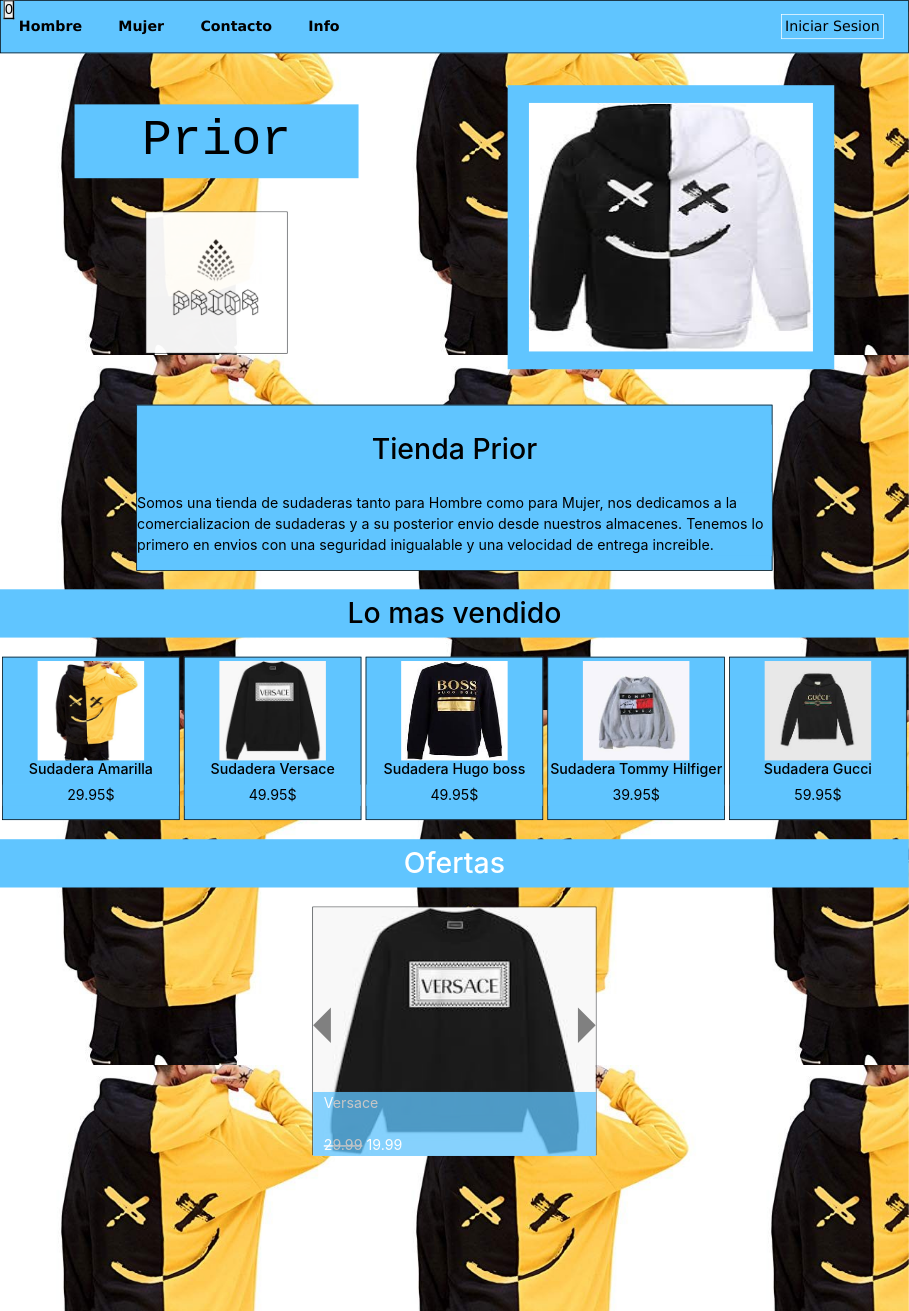
Repository: danilugones10/Proyecto
Page: hombre.html
An editor plug-in stored every save of this project. The page is shown before and after the next save, followed by the edit.
The browser window is 1280 px wide. The pictures show the whole page, at 71% of full size.

Above is the page before, as saved 2021-03-08 17:18:43.

### hombre.html
<!DOCTYPE html>
<html lang="en">
<head>
    <meta charset="UTF-8">
    <meta name="viewport" content="width=device-width, initial-scale=1.0">
    <title>Document</title>
    <link rel="stylesheet" href="bootstrap-4.6.0-dist/css/bootstrap.min.css">
    <link rel="stylesheet" href="css/normalize.css">
    <link rel="stylesheet" href="css/style.css">
</head>
<body class="body">
    <header class="header">

    </header>



    <main class="main">

        <section class="section1">
            <div class="section1-titulo">
                <div class="section1-titulo__fondo color__claro">
                    <h1 class="section1-titulo__h1">Prior</h1>
                </div>
                <img src="css/img/Prior.PNG" class="prior-img">
            </div>
            <div class="section1-img color__claro">
                <img src="css/img/sudadera1.jpg" alt="">
            </div>
        </section>

        <section class="section2">
            <div class="section2-prior color__claro">
                <h1>Tienda Prior</h1>
                <p>Somos una tienda de sudaderas tanto para Hombre como para Mujer,
                    nos dedicamos a la comercializacion de sudaderas y a su posterior envio
                    desde nuestros almacenes. Tenemos lo primero en envios con una seguridad
                    inigualable y una velocidad de entrega increible.
                </p>
            </div>
        </section>

        <section class="section3">
            <div class="section3-h1">
                <h1 class="section3-h1-color color__claro">Lo mas vendido</h1>
            </div>
            <div class="section3-imagenes">
                <div class="section3-imagenes__contenedor color__claro">
                    <div class="fondo">
                            <img src="css/img/sudadera_fondo.jpg" width="150px" height="140px" alt="">
                            <h3>Sudadera Amarilla</h3>
                            <p>29.95$</p>
                            <button>Ver detalles</button>
                    </div>
                </div>
                <div class="section3-imagenes__contenedor color__claro">
                    <div class="fondo">
                        <img src="css/img/imagenes/1.jpg" width="150px" height="140px" alt="">
                        <h3>Sudadera Versace</h3>
                        <p>49.95$</p>
                        <button>Ver detalles</button>
                    </div>
                </div>
                <div class="section3-imagenes__contenedor color__claro">
                    <div class="fondo">
                        <img src="css/img/imagenes/2.jpg" width="150px" height="140px" alt="">
                        <h3>Sudadera Hugo boss</h3>
                        <p>49.95$</p>
                        <button>Ver detalles</button>
                    </div>
                </div>
                <div class="section3-imagenes__contenedor color__claro">
                    <div class="fondo">
                        <img src="css/img/imagenes/3.jpg" width="150px" height="140px" alt="">
                        <h3>Sudadera Tommy Hilfiger</h3>
                        <p>39.95$</p>
                        <button>Ver detalles</button>
                    </div>
                </div>
                <div class="section3-imagenes__contenedor color__claro">
                    <div class="fondo">
                        <img src="css/img/imagenes/5.jpg" width="150px" height="140px" alt="">
                        <h3>Sudadera Gucci</h3>
                        <p>59.95$</p>
                        <button>Ver detalles</button>
                    </div>
                </div>
            </div>
        </section>

        <section class="section4">
            <h1 class="section4-h1 color__claro">Ofertas</h1>
            <div class="contenedor">
                <div id="flecha1"></div>
                <div id="flecha2"></div>

                <img src="css/img/imagenes/1.jpg" width="400px" height="350px" alt="" id="imagen">

                <div class="texto">
                    <p id="nombreImagen">Versace</p>
                    <p id="precio"><span>29.99</span> 19.99</p>
                </div>

            </div>
        </section>
    </main>

    <script src="js/menu.js"></script>
    <script src="js/oscuro.js"></script>
</body>
</html>

### css/style.css
:root {
  --base: #60c5ff;
  --texto: #000000;
  --nav: #ffffff;
}

.modoOscuro {
  --base: #093f5f;
  --texto: #ffffff;
  --nav: #000000;
}

.header {
  grid-column: 1/2;
  grid-row: 1/2;
  background-color: var(--nav);
  color: var(--texto);
  height: 75px;
}

.menu {
  height: 75px;
  border: 1px solid;
}

.menu__list {
  list-style: none;
  display: flex;
}

.menu__item {
  padding-top: 20px;
  padding-bottom: 23px;
  padding-right: 2%;
  padding-left: 2%;
  font-family: "Lucida Sans", "Lucida Sans Regular", "Lucida Grande", "Lucida Sans Unicode", Geneva, Verdana, sans-serif;
  font-weight: bold;
}

#oscuro {
  margin-left: 5px;
}

a {
  text-decoration: none;
  color: var(--texto);
}

.busqueda {
  display: none;
  position: absolute;
  width: 20%;
  right: 185px;
  top: 25px;
  height: 25px;
  border-radius: 10px;
  outline: none;
}

.inicio {
  position: absolute;
  top: 20px;
  right: 35px;
  background-color: var(--base);
  border: 1px solid white;
  padding: 5px;
  font-family: "Lucida Sans", "Lucida Sans Regular", "Lucida Grande", "Lucida Sans Unicode", Geneva, Verdana, sans-serif;
}
.inicio a {
  text-decoration: none;
}

.hamburguesa {
  position: absolute;
  top: 25px;
  right: 5px;
  cursor: pointer;
  display: none;
}

.inicio:hover {
  background-color: #A3E4D7;
}
.inicio:hover a {
  color: black;
}

.menu__item:hover {
  background-color: var(--base);
  color: var(--texto);
}
.menu__item:hover a {
  color: black;
}

@media (max-width: 767px) {
  .menu {
    background-color: var(--nav);
    height: 75px;
  }

  .menu__list {
    list-style: none;
    display: inline-block;
  }

  .menu__item {
    padding-top: 19px;
    padding-bottom: 20px;
    padding-right: 2%;
    padding-left: 2%;
    font-family: "Lucida Sans", "Lucida Sans Regular", "Lucida Grande", "Lucida Sans Unicode", Geneva, Verdana, sans-serif;
    visibility: hidden;
  }

  .menu__item:hover {
    width: 100px;
  }

  .busqueda {
    display: block;
    position: absolute;
    width: 35%;
    right: 200px;
    top: 25px;
    height: 25px;
    border-radius: 20px;
  }

  .inicio {
    position: absolute;
    top: 20px;
    right: 35px;
    border: 1px solid white;
    padding: 5px;
    font-family: "Lucida Sans", "Lucida Sans Regular", "Lucida Grande", "Lucida Sans Unicode", Geneva, Verdana, sans-serif;
  }
  .inicio a {
    text-decoration: none;
  }

  .hamburguesa {
    position: absolute;
    top: 25px;
    right: 5px;
    cursor: pointer;
    display: block;
  }

  .inicio:hover {
    background-color: #A3E4D7;
    color: black;
  }

  .menu__item:hover {
    background-color: var(--base);
    color: var(--texto);
  }
}
.main {
  grid-column: 1/2;
  grid-row: 2/3;
}

.section1 {
  display: flex;
  flex-flow: wrap;
  justify-content: space-around;
  width: 100%;
}
.section1 .section1-titulo {
  width: 400px;
  height: 400px;
  text-align: center;
}
.section1 .section1-titulo .section1-titulo__fondo .section1-titulo__h1 {
  font-size: 70px;
  font-family: "Courier New", Courier, monospace;
}
.section1 .section1-titulo .prior-img {
  opacity: 95%;
  width: 200px;
  height: 200px;
  border: 1px solid;
  transition: 1s;
}
.section1 .section1-titulo .prior-img:hover {
  transform: scale(1.3);
}
.section1 .section1-img {
  width: 460px;
  height: 400px;
  text-align: center;
  padding-top: 25px;
  margin-top: 20px;
}
.section1 .section1-img img {
  width: 400px;
  height: 350px;
  transition: 1s;
}
.section1 .section1-img img:hover {
  transform: scale(1.1);
}

.section2 {
  width: 100%;
  display: flex;
  justify-content: center;
  padding-top: 50px;
  color: white;
}
.section2 .section2-prior {
  border: 1px solid;
  width: 70%;
}

.section3 {
  width: 100%;
  display: flex;
  flex-wrap: wrap;
  color: white;
}
.section3 .section3-h1 {
  width: 100%;
  text-align: center;
}
.section3 .section3-imagenes {
  display: flex;
  flex-wrap: wrap;
  justify-content: space-around;
  width: 100%;
  text-align: center;
}
.section3 .section3-imagenes .section3-imagenes__contenedor {
  position: relative;
  border: 1px solid;
  padding-top: 5px;
  width: 250px;
  height: 230px;
}
.section3 .section3-imagenes .section3-imagenes__contenedor button {
  display: none;
}
.section3 .section3-imagenes .section3-imagenes__contenedor h3 {
  font-size: 20px;
}
.section3 .section3-imagenes .section3-imagenes__contenedor:hover .fondo {
  position: absolute;
  top: 0;
  left: 0;
  width: 100%;
  height: 100%;
  background-color: rgba(0, 0, 0, 0.6);
  z-index: 100;
}
.section3 .section3-imagenes .section3-imagenes__contenedor:hover button {
  display: inline;
  position: absolute;
  top: 40%;
  left: 30%;
}

.section4 {
  width: 100%;
  margin-top: 5px;
}
.section4 h1 {
  color: white;
  text-align: center;
}
.section4 .contenedor {
  margin: auto;
  margin-bottom: 20px;
  width: 400px;
  height: 350px;
  background-color: aquamarine;
  z-index: 100;
  position: relative;
  border: 1px solid;
}
.section4 .contenedor img {
  width: 100vw;
}
.section4 .contenedor .texto {
  background-color: var(--base);
  opacity: 75%;
  margin-top: -90px;
}
.section4 .contenedor .texto #nombreImagen {
  color: white;
  margin-left: 15px;
}
.section4 .contenedor .texto #precio {
  color: white;
  padding-top: 10px;
  margin-left: 15px;
}
.section4 .contenedor .texto #precio span {
  text-decoration: line-through;
}
.section4 .contenedor #flecha1 {
  content: "";
  position: absolute;
  border-right: 2vw solid gray;
  border-bottom: 2vw solid transparent;
  border-top: 2vw solid transparent;
  bottom: 45%;
  left: 0;
  cursor: pointer;
}
.section4 .contenedor #flecha2 {
  content: "";
  position: absolute;
  border-left: 2vw solid gray;
  border-bottom: 2vw solid transparent;
  border-top: 2vw solid transparent;
  bottom: 45%;
  right: 0;
  cursor: pointer;
}

.footer {
  grid-column: 1/2;
  grid-row: 3/4;
  color: var(--texto);
  background-color: var(--nav);
  border: 1px solid var(--base);
  height: 200px;
}

.grupo {
  display: flex;
}

.colum {
  text-align: center;
  width: 33.3%;
  height: 120px;
}

.colum h3 {
  margin-bottom: 0px;
  font-family: "Courier New", Courier, monospace;
}

.colum div {
  margin-top: 3px;
  font-size: 16px;
  font-family: "Times New Roman", Times, serif;
}

.fin {
  width: 100%;
}

.fin div {
  font-size: 16px;
  text-align: center;
}

.fin div span {
  position: absolute;
  right: 10px;
  font-size: 16px;
}

@media (max-width: 767px) {
  .fin {
    padding-top: 10px;
  }
}
.card_width {
  min-width: 400px;
  max-width: 33%;
}

.main p {
  color: var(--texto);
}
.main h5 {
  color: var(--texto);
}
.main .entrega {
  width: 70%;
  margin: auto;
}
.main .entrega p {
  padding: 10px;
  border-radius: 20px;
  border: 2px solid;
}
.main .pagos {
  width: 30%;
  min-width: 300px;
  margin: auto;
  border-radius: 20px;
  border: 2px solid;
  color: var(--texto);
  background-color: var(--base);
}
.main .pagos ul {
  list-style: none;
}
.main .pagos ul li {
  padding: 10px;
}

h1 {
  background-color: var(--base);
  color: var(--texto);
  padding: 10px;
  text-align: center;
}

p {
  color: var(--texto);
  background-color: var(--base);
}

.cuadro {
  display: flex;
  justify-content: space-around;
  flex-wrap: wrap;
}

.cajita {
  color: var(--texto);
  background-color: var(--base);
  min-width: 450px;
  height: 300px;
  margin-bottom: 10px;
}

.accordion .card {
  color: var(--texto);
  background-color: var(--base);
}
.accordion .card .card-body {
  background-color: rgba(0, 0, 0, 0.3);
}
.accordion .card button {
  color: var(--texto);
}

.contacto-form {
  height: 350px;
  margin: auto;
  width: 75%;
  color: var(--texto);
  background-color: var(--base);
}
.contacto-form fieldset {
  border: 1px solid;
}

.tabla {
  text-align: center;
  width: 90%;
  background-color: var(--base);
  margin: auto;
  margin-bottom: 10px;
}

th {
  color: var(--texto);
}

td {
  color: var(--texto);
}

.carrouselMujer {
  max-width: 500px;
  margin: auto;
  border: 1px solid;
}

.carousel-control-prev-icon {
  background-color: black;
}

.carousel-control-next-icon {
  background-color: black;
}

* {
  margin: 0;
  padding: 0;
  font-size: 20px;
}
* h1 {
  color: var(--texto);
}
* h5 {
  color: var(--texto);
}
* p {
  color: var(--texto);
}

body {
  display: grid;
  grid-template-columns: 100%;
  grid-template-rows: 100px auto 200px;
  background-image: url(img/sudadera_fondo.jpg);
}

#oscuro {
  position: absolute;
  top: 0;
  left: 0;
}

.color__claro {
  background-color: var(--base);
  color: var(--texto);
}

@media (max-width: 767px) {
  body {
    grid-template-rows: 350px auto 200px;
  }

  .main {
    margin-top: -250px;
  }
}

/*# sourceMappingURL=style.css.map */

### js/menu.js
const header=document.querySelector('.header');
const nav=document.createElement('nav');
nav.className="menu color__claro";
const ul=document.createElement('ul');
ul.className="menu__list";
const fragment=document.createDocumentFragment();

const bot=document.createElement('button');
bot.id="oscuro";
bot.textContent="0";
nav.appendChild(bot);

const li=document.createElement('li');
li.className="menu__item";
const a=document.createElement('a');
a.href="hombre.html";
a.textContent="Hombre";
li.appendChild(a)
fragment.appendChild(li);

const li2=document.createElement('li');
li2.textContent="Mujer";
li2.className="menu__item";
fragment.appendChild(li2);

const li3=document.createElement('li');
li3.textContent="Contacto";
li3.className="menu__item";
fragment.appendChild(li3);

const li4=document.createElement('li');
li4.className="menu__item";
const a4=document.createElement('a');
a4.href="info.html";
a4.textContent="Info";
li4.appendChild(a4)
fragment.appendChild(li4);

const li5=document.createElement('input');
li5.setAttribute('placeholder', '   buscar');
li5.className="busqueda";
li5.id="busqueda";
fragment.appendChild(li5);

const li6=document.createElement('li');
const button6=document.createElement('button');
button6.className="inicio";
const a6=document.createElement('a');
a6.href="formulario.html";
a6.textContent="Iniciar Sesion";
button6.appendChild(a6);
li6.appendChild(button6);
fragment.appendChild(button6);

const hamb=document.createElement('label');
hamb.innerHTML="<span>&#9776;</span>";
hamb.className="hamburguesa";
fragment.appendChild(hamb);

ul.appendChild(fragment);
nav.appendChild(ul);
header.appendChild(nav);

const hamburguesa=document.querySelector('.hamburguesa');
const menu=document.querySelector('.menu');
const main=document.querySelector('.main');
const body=document.querySelector('.main');

    hamburguesa.addEventListener('click', ()=>{

        if(window.innerWidth<767){

            if( menu.style.height==="75px"){
                menu.style.height="100%";
                body.style.marginTop="0px";
                li.style.visibility="visible";
                li2.style.visibility="visible";
                li3.style.visibility="visible";
                li4.style.visibility="visible";
            }
            else{
                menu.style.height="75px";
                body.style.marginTop="-200px";
                li.style.visibility="hidden";
                li2.style.visibility="hidden";
                li3.style.visibility="hidden";
                li4.style.visibility="hidden";

            }
        }
    })

    window.addEventListener("resize",() => {
        if (this.window.innerWidth>767) {
            body.style.marginTop="0px";
            li.style.visibility="visible";
            li2.style.visibility="visible";
            li3.style.visibility="visible";
            li4.style.visibility="visible";
        }
        else{
            menu.style.height="75px";
            body.style.marginTop="-200px";
            li.style.visibility="hidden";
            li2.style.visibility="hidden";
            li3.style.visibility="hidden";
            li4.style.visibility="hidden";
        }
     })

### js/oscuro.js
const botonOscuro=document.getElementById('oscuro');
const menus=document.querySelector('.menu');
const section1Titulo=document.querySelector('.section1-titulo__fondo');
const section1Img=document.querySelector('.section1-img');
const section2Prior=document.querySelector('.section2-prior');
const section3H1=document.querySelector('.section3-h1-color');
const section3Conte=document.querySelectorAll('.section3-imagenes__contenedor');
const section4H1=document.querySelector('.section4-h1');
const footer=document.querySelector('.footer');

botonOscuro.addEventListener("click", ()=>{
    if (menus.className=="menu color__claro") {
        menus.className="menu color__oscuro"
        section1Titulo.className="section1-titulo__fondo color__oscuro"
        section1Img.className="section1-img color__oscuro"
        section2Prior.className="section2-prior color__oscuro"
        section3H1.className="section3-h1-color color__oscuro"
        section4H1.className="section4-h1 color__oscuro"
        footer.className="footer color__oscuro"
        for (let index = 0; index < section3Conte.length; index++) {
            const element = section3Conte[index];
            element.className="section3-imagenes__contenedor color__oscuro"
        }

    }
    else{
        menus.className="menu color__claro"
        section1Titulo.className="section1-titulo__fondo color__claro"
        section1Img.className="section1-img color__claro"
        section2Prior.className="section2-prior color__claro"
        section3H1.className="section3-h1-color color__claro"
        section4H1.className="section4-h1 color__claro"
        footer.className="footer color__claro"
        for (let index = 0; index < section3Conte.length; index++) {
            const element = section3Conte[index];
            element.className="section3-imagenes__contenedor color__claro"
        }

    }
})

Loaded but not shown: bootstrap-4.6.0-dist/css/bootstrap.min.css (library); css/normalize.css (library)

After the next save:
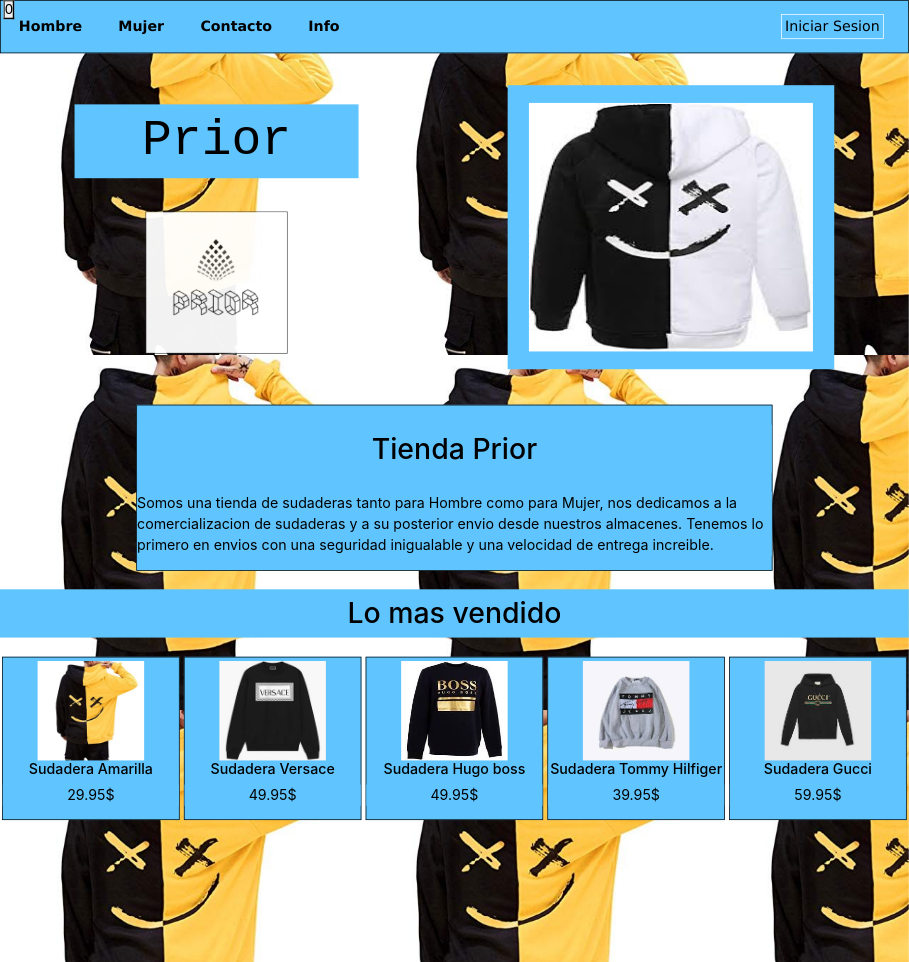
Saved 17 s later.
--- a/hombre.html
+++ b/hombre.html
@@ -88,21 +88,6 @@
             </div>
         </section>
 
-        <section class="section4">
-            <h1 class="section4-h1 color__claro">Ofertas</h1>
-            <div class="contenedor">
-                <div id="flecha1"></div>
-                <div id="flecha2"></div>
-
-                <img src="css/img/imagenes/1.jpg" width="400px" height="350px" alt="" id="imagen">
-
-                <div class="texto">
-                    <p id="nombreImagen">Versace</p>
-                    <p id="precio"><span>29.99</span> 19.99</p>
-                </div>
-
-            </div>
-        </section>
     </main>
 
     <script src="js/menu.js"></script>
